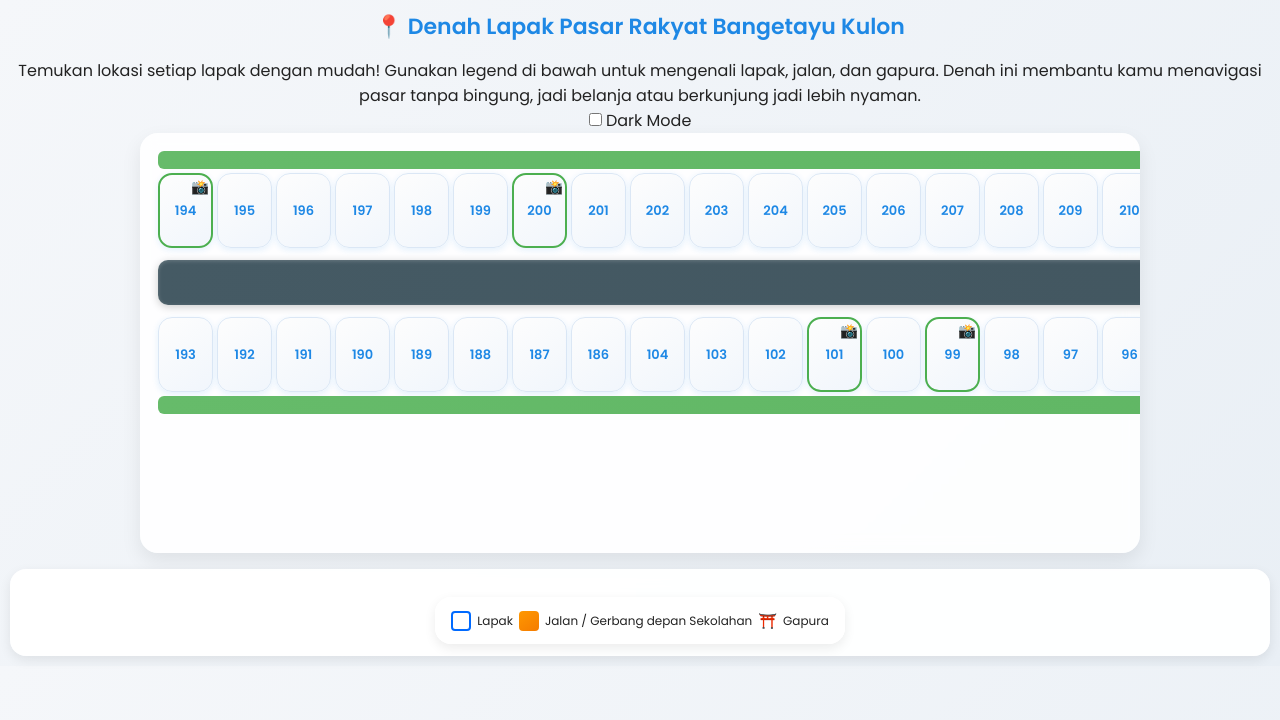
Repository: pasarrakyatbak/denah
Page: index.html
An editor plug-in stored every save of this project. The page is shown before and after the next save, followed by the edit.
The browser window is 1280 px wide. The pictures show the whole page.

Above is the page before, as saved 2025-09-20 11:17:18.

After the next save:
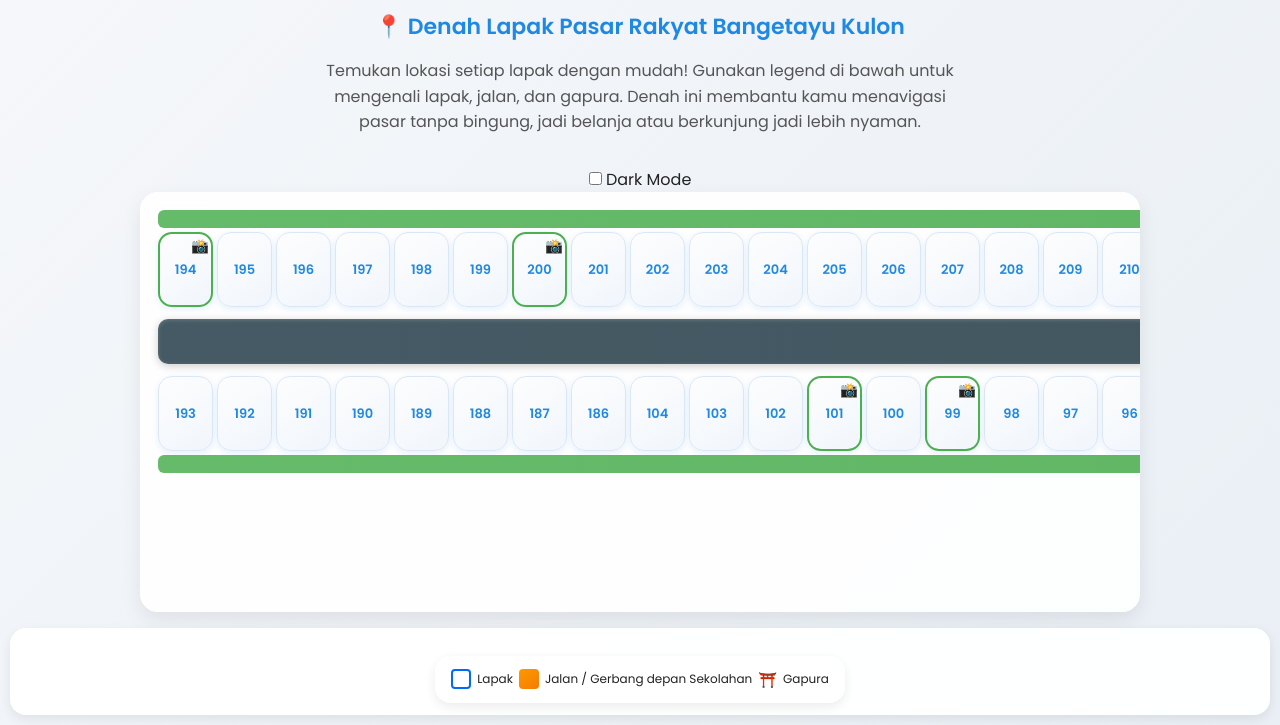
Saved 8 s later.
--- a/style.css
+++ b/style.css
@@ -272,6 +272,16 @@ h1 {
     border-radius: 4px;
 }
 
+.denah-desc {
+    font-family: 'Poppins', sans-serif;
+    font-size: 1rem;
+    color: #555;
+    text-align: center;
+    max-width: 650px;
+    margin: 0 auto 2rem auto;
+    line-height: 1.6;
+}
+
 /* Top Menu Modern */
 .top-menu {
     display: flex;
